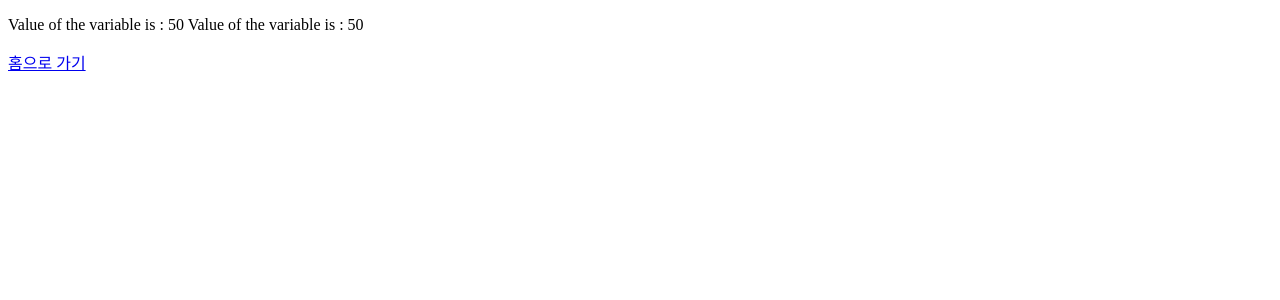
Repository: man332414/myJspStudy
Page: http://localhost/jspbook/chapter02/declaration01.jsp
These files come from the project's save history. The page is drawn as it stood at one moment and after the next save; the edit follows.
The browser window is 1280 px wide. The pictures show the whole page.
The page is served by Tomcat 10. Nobody is signed in. The application's start-up code is not run. Other server files are loaded and not shown.

Above is the page before, as saved 2024-10-08 00:44:31.

### jspbook/src/main/webapp/chapter02/declaration01.jsp
<%@ page language="java" contentType="text/html; charset=UTF-8"
    pageEncoding="UTF-8"%>
<!DOCTYPE html>
<html>
<head>
<meta charset="UTF-8">
<title>data Value</title>
</head>
<body>
	<p>
		<%! int data = 50; %>
		<% out.println("Value of the variable is : " + data); %>
		Value of the variable is : <%= data %>
	</p>

	<p><a href = "home">홈으로 가기</a></p>
</body>
</html>

After the next save:
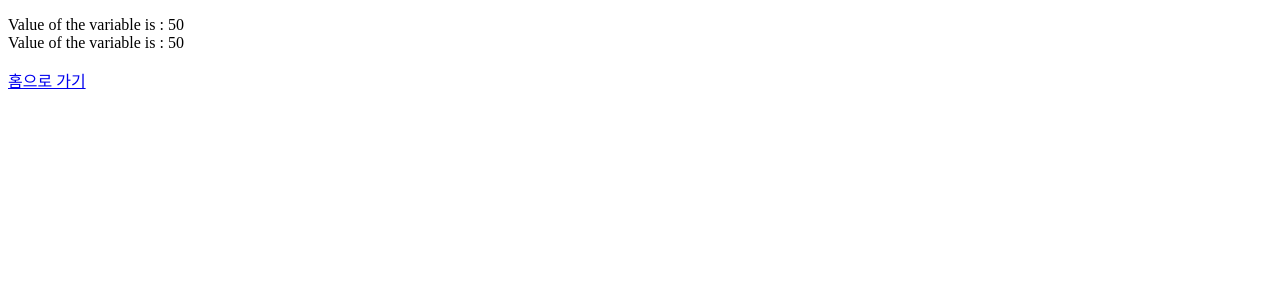
Saved 16 s later.
--- a/jspbook/src/main/webapp/chapter02/declaration01.jsp
+++ b/jspbook/src/main/webapp/chapter02/declaration01.jsp
@@ -10,6 +10,7 @@
 	<p>
 		<%! int data = 50; %>
 		<% out.println("Value of the variable is : " + data); %>
+		<br>
 		Value of the variable is : <%= data %>
 	</p>
 
